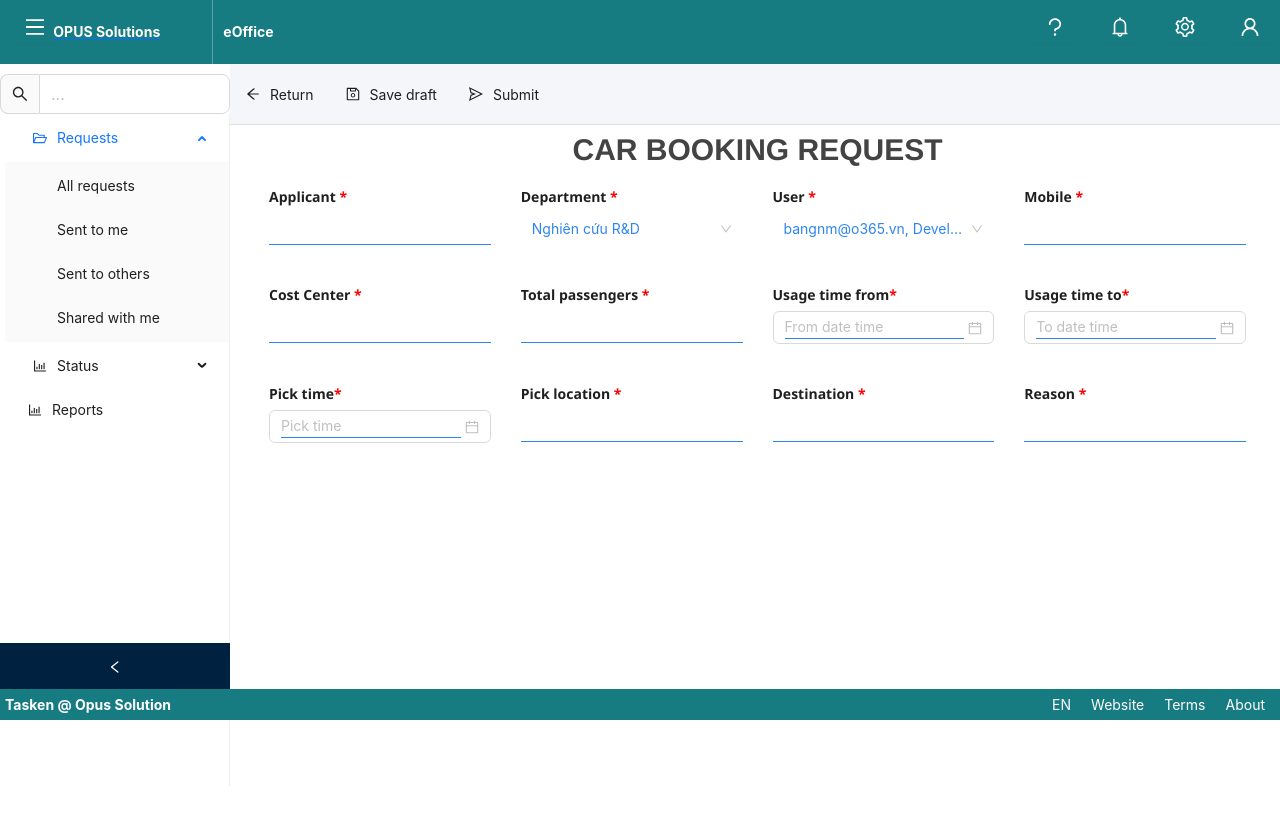
Repository: vannam272008/car-booking
Page: /request/addrequest
An editor plug-in stored every save of this project. The page is shown before and after the next save, followed by the edit.
The browser window is 1280 px wide. The pictures show the whole page.
The project was rebuilt for these pictures with package versions that can differ from the ones it lists, and the page was loaded fresh each time. Also part of the build but not shown: src/Components/DetailRequest/Comments/comment.css, src/Components/DetailRequest/Comments/comment.tsx, src/Components/DetailRequest/Menu/menu.tsx, src/Components/DetailRequest/Detail/detail.tsx, src/Pages/ManageRequest/index.css, src/Pages/ManageRequest/ManageRequest.tsx. Imported but missing from the stored project, and not drawn on this page: src/Pages/Home.

Above is the page before, as saved 2023-07-06 17:06:03.

### src/index.tsx
import React from 'react';
import ReactDOM from 'react-dom/client';
import './index.css';
import App from './App';
import reportWebVitals from './reportWebVitals';
import { BrowserRouter } from 'react-router-dom';
import { Provider } from 'react-redux';
import { configureStore } from '@reduxjs/toolkit';
import requestReducer from './Reducers/requestReducer';
import { store } from './Store/store';


const root = ReactDOM.createRoot(
  document.getElementById('root') as HTMLElement
);
root.render(
  <Provider store={store}>
    <React.StrictMode>
      <BrowserRouter>
        <App />
      </BrowserRouter>
    </React.StrictMode>
  </Provider>
);

// If you want to start measuring performance in your app, pass a function
// to log results (for example: reportWebVitals(console.log))
// or send to an analytics endpoint. Learn more: https://bit.ly/CRA-vitals
reportWebVitals();

### src/App.tsx
import { Route, Routes } from 'react-router-dom';
import './App.css';
import Home from './Pages/Home';
import DetailRequest from './Components/DetailRequest/Detail/detail';
import ManageRequest from './Pages/ManageRequest/ManageRequest';
import AddRequest from './Components/AddRequest/AddRequest';


function App() {
  return (
    <Routes>
      <Route path="/" element={<Home />} />
      <Route path="/request/carbooking" element={<ManageRequest />} />
      <Route path="/request/detail" element={<DetailRequest />} />
      <Route path='/request/addrequest' element={<AddRequest />} />
      {/* <Route path="/employee/create" element={<AddEmployee />} />
        <Route path="/department/create" element={<AddDepartment />} /> */}
    </Routes>
  );
}

export default App;

### src/Store/store.ts
import requestReducer from "../Reducers/requestReducer";
import { configureStore, createStore } from "@reduxjs/toolkit";


// export const store = configureStore({
//     reduder: {
//         request: requestReducer
//     }
// });

export const store = createStore(requestReducer);

### src/Reducers/requestReducer.ts
// interface RequestState {
//     requestList: string[]
// }

const initState = {
    requestList: [],
    success: true,
}

const requestReducer = (state = initState, action: { type: any; payload: any }) => {
    switch (action.type) {
        case 'SET_REQUEST_LIST':
            return {
                ...state,
                requestList: action.payload,
                success: false
            }
        default:
            return state
    }
}

export default requestReducer

### src/Components/RequestLayout/index.jsx
import React, { useState } from 'react';
import { LaptopOutlined, NotificationOutlined, UserOutlined } from '@ant-design/icons';
import { Layout, theme } from 'antd';
import AppHeader from '../../Components/AppHeader';
import AppSider from '../../Components/AppSider';
import AppFooter from '../../Components/AppFooter';

import "./RequestLayout.scss";

const { Content } = Layout;

const RequestLayout = ({ profile, children }) => {
    const {
        token: { colorBgContainer },
    } = theme.useToken();

    return (
        <div className='manage-request'>
            <AppHeader />
            <Content>
                <Layout style={{ padding: '24px 0', background: colorBgContainer }}>
                    <AppSider profile={profile} />
                    <Layout style={{ padding: '24px 0', background: colorBgContainer }}>
                        <Content style={{ padding: '0 24px', minHeight: 280 }}>
                            {children()}
                        </Content>
                    </Layout>
                </Layout>
            </Content>
            <AppFooter />
        </div>


    );
};

export default RequestLayout;

### src/Components/DetailRequest/Detail/detail.css
*{
    box-sizing: border-box;
  }
  .required {
    color: red;
  }
  .page-request{
    min-height: calc(100vh - 83px);
    transition: all 0.3s;
    background-color: #ffffff;
    font-family: "Helvetica Neue",Helvetica,Arial,sans-serif;
    font-size: 14px;
    line-height: 1.42857143;
    color: #333;
    background-color: #fff;
  }
  .page-content{
    margin-top: 85px;
    margin-right: -20px;
    padding-right: 15px;
  }
  .info-request > p{
    width: 100%;
    font-weight: 700;
  }

  /* .table-request > p{
    font-size: 1.1em;
    font-weight: 300;
    line-height: 1.7em;
    color: #130e0e;
    margin: 0 0 10px;
    display: block;
    margin-block-start: 1em;
    margin-block-end: 1em;
    margin-inline-start: 0px;
    margin-inline-end: 0px;
  } */

  .title-request{
    color: #434343;
    text-align: center;
    font-size: 30px;
    margin-top: 20px;
    margin-bottom: 20px;
    font-family: inherit;
    font-weight: 500;
    line-height: 1.1;
    font-weight: 700;

  }

  .table-content{
    font-family: "Segoe UI";
    font-size: 14px;
    line-height: 1.42857143;
  }

  /* .row1-request  {

  } */
  /* .row-request .Row .Col  {
    width: 100%;
  } */

  .col-request{
    margin-bottom: 15px;
    position: relative;
    min-height: 1px;
    padding-right: 15px;
    padding-left: 15px;
  }

  .col-request > label{
    display: inline-block;
    max-width: 100%;
    margin-bottom: 5px;
    font-weight: 700;
    cursor: default;
    font-family: "Segoe UI";
  }
  .attention-radio{
    margin-top: 30px;
    margin-bottom: 30px;
    font-family: "Segoe UI";
  }

  .attention-radio > p{
    font-size: 1.1em;
    font-weight: 300;
    line-height: 1.7em;
    color: #130e0e;
  }

  /* .Attachment > b{
    font-weight: 700;
  } */
  .approver{
    margin-bottom: 15px;
    position: relative;
    min-height: 1px;
    padding-right: 15px;
    padding-left: 15px;
  }

  .approvers > p{
    font-size: 1.1em;
    font-weight: 300;
    line-height: 1.7em;
    color: #130e0e;
    margin: 0 0 10px;
  }

  .approver > label{
    display: inline-block;
    max-width: 100%;
    margin-bottom: 5px;
    font-weight: 700;
    cursor: default;
  }

### src/Components/AddRequest/MenuAdd/index.tsx
import React from 'react';
import { Menu } from 'antd';
import {
    ArrowLeftOutlined,
    SaveOutlined,
    SendOutlined
} from '@ant-design/icons';
import './menuAdd.css'

function MenuAdd(): JSX.Element {
    return (
        <div>
            <Menu mode="horizontal" className='fixed-menu '>
                <Menu.Item key="return" icon={<ArrowLeftOutlined />}>
                    Return
                </Menu.Item>
                <Menu.Item key="savedraft" icon={<SaveOutlined />}>
                    Save draft
                </Menu.Item>
                <Menu.Item key="submit" icon={<SendOutlined />}>
                    Submit
                </Menu.Item>
            </Menu>
        </div>
    );
}

export default MenuAdd;

### src/Components/AddRequest/AddRequest/addRequest.css
.row-request .col-request Input{
    border: none;
    border-radius: 0;
    border-bottom: 1px solid #2F85EF;
    color: #2F85EF;
    box-shadow: none;
}

.ant-form-item-control-input-content .ant-select .ant-select-selector {
    border: none;
    border-radius: 0;
    border-bottom: 1px solid #2F85EF;
    color: #2F85EF;
    box-shadow: none; border: none;
}
/* .select-add-request .ant-select-selector {
    color: #2F85EF;
    border: none;
} */

### src/Components/DetailRequest/Menu/menu.css
.fixed-menu {
    position: fixed;
    top: 64px;
    width: 100%;
    z-index: 999;
    border-bottom: 1px solid #e1e1e1;
    border-top-left-radius: 0;
    background-color: rgb(245,246,250);
    min-height: 61px;
    display: flex;
    align-items: center;
    flex-wrap: wrap;
    margin-left: -24px;
}

.fixed-menu .Menu.Item {
    white-space: nowrap;
    margin: 0 10px;
    color: #8894A1;
    font-weight: 500;
    text-decoration: none;
    outline: none;
    transition: all 0.3s;
    cursor: pointer;
    background-color: transparent;
}

### src/Components/AppSider/index.tsx
import React, { useState } from 'react';
import type { MenuProps } from 'antd';
import { Layout, Menu, theme, Space } from 'antd';
import { Input } from 'antd';

import { FolderOpenOutlined, BarChartOutlined, SearchOutlined, SettingOutlined } from '@ant-design/icons';
import "./AppSider.scss";



const { Sider } = Layout;

type MenuItem = Required<MenuProps>['items'][number];

function getItem(
    label: React.ReactNode,
    key: React.Key,
    icon?: React.ReactNode,
    children?: MenuItem[],
    type?: 'group',
): MenuItem {
    return {
        key,
        icon,
        children,
        label,
        type,
    } as MenuItem;
}



const AppSider = (props: any) => {

    const items: MenuProps['items'] = [
        getItem('Requests', 'requests', <FolderOpenOutlined />, [
            getItem('All requests', 'all-request'),
            getItem('Sent to me', 'sent-to-me'),
            getItem('Sent to others', 'sent-to-others'),
            getItem('Shared with me', 'shared-with-me'),
        ]),

        getItem('Status', 'status', <BarChartOutlined />, [
            getItem('Draft', 'draft'),
            getItem('Approving', 'approving'),
            getItem('Approved', 'approved'),
            getItem('Rejected', 'rejected'),
        ]),

        getItem('Reports', 'reports', <BarChartOutlined />),

    ];

    const profileItems: MenuProps['items'] = [

        getItem('Setting', 'setting', <SettingOutlined />),

    ];

    const [openItem, setOpenItem] = useState('requests');

    const handleClick: MenuProps['onClick'] = (e) => {
        console.log('click ', e);
    };
    const [collapsed, setCollapsed] = useState(false);
    const {
        token: { colorBgContainer },
    } = theme.useToken();
    return (
        <Sider collapsible collapsed={collapsed} onCollapse={(value) => setCollapsed(value)} style={{ background: colorBgContainer }} width={230}>
            <Space.Compact size="large">
                <Input addonBefore={<SearchOutlined />} placeholder="..." />
            </Space.Compact>
            <Menu
                mode="inline"
                defaultSelectedKeys={[openItem]}
                defaultOpenKeys={['requests']}
                openKeys={[openItem]}
                style={{ height: '100%' }}
                items={props.profile ? profileItems : items}
                onClick={handleClick}
                onOpenChange={(openKey) => {
                    setOpenItem(openKey[1])
                }}
            />
        </Sider>


    )
}

export default AppSider;

### src/Components/AppFooter/index.tsx
import { Layout } from 'antd';
import "./AppFooter.scss";

const { Footer } = Layout

const AppFooter = () => {
    return (
        <Footer className='mcs-footer'>
            <div>
                <span className='footer-left'><b>Tasken @ Opus Solution</b></span>
                <div className='footer-right'>
                    <span>EN</span>
                    <span>Website</span>
                    <span>Terms</span>
                    <span>About</span>
                </div>
            </div>

        </Footer>)
}

export default AppFooter;

### src/Components/AppHeader/AppHeader.scss
.mcs-header {
    position: fixed;
    z-index: 1001;
    align-items: center;
    background-color: #167c82;
    width: 100%;
    padding-inline: 0;

    & .row-header {
        align-items: center;

        & .btn-menu {
            border: none;
            background-color: #167c82;
            color: white;
            font-size: 20px;
            margin-left: 10px;
        }
    }

    & .col-logo {
        width: 100%;
        border-right: 1px solid rgba(255, 255, 255, 0.3);


        & p {
            width: 100%;
            color: white;
            display: contents;
        }
    }

    & .col-label {
        padding-left: 10px;
        width: 100%;


        & p {
            width: 100%;
            color: white;
            display: contents;
        }
    }

    & .col-function {
        & .group-btn {
            float: right;

            & .btn-item {
                font-size: 20px;
                margin-left: 5px;
                margin-right: 5px;
                border: none;
                background-color: #167c82;
                color: white;

                margin-left: 10px;
            }

        }
    }







}

.ant-dropdown {

    & .dropdown-help {
        display: block;
        right: 0;
        top: 50px;
        width: 320px;
        height: calc(100vh - 84px);
        background-color: #fff;
        border: 1px solid #c8c8c8;

        & .title-dropdown {
            border-bottom: 1px solid #ddd;
            padding-bottom: 5px;
            padding-top: 5px;

            & span {
                margin-left: 10px;
                font-size: 25px;
            }

            & .btn-close {
                font-size: 20px;
                margin-left: 5px;
                margin-right: 5px;
                border: none;
                background-color: white;
                color: black;
                float: right;
            }
        }

        & .content-dropdown {
            display: block;
            margin-top: 10px;




            & .account-info {
                & img {
                    margin-left: 10px;
                    float: left;
                    width: 64px;
                    height: 64px;
                }

                & .info-name {
                    margin-left: 10px;
                    float: left;
                    font-size: 20px;
                }

                & .info-email {
                    margin-left: 10px;
                    font-style: italic;
                }
            }

            .content-info {
                border-top: 1px solid #ddd;
                margin-top: 20px;

                & span {
                    font-size: 20px;
                    margin-left: 10px;
                }

                & p {
                    color: #4BA747;
                    margin-left: 25px;
                }
            }

            & span {
                font-size: 20px;
                margin-left: 10px;
            }

            & p {
                color: #4BA747;
                margin-left: 25px;
            }


        }




    }
}

// .logo {
//     width: 200px;
//     height: 100px;
// }

// .header {
//     background-color: #fff;
//     height: 100px;
//     line-height: 100px;
//     padding: 0;
// }

// .header-name {
//     font-family: 'Segoe UI';
//     font-size: 16px;
//     font-weight: 700;
//     color: #0273bb;
// }

// .header-homepage {
//     font-family: 'Segoe UI';
//     font-size: 16px;
//     font-weight: 700;
//     color: #0273bb;
//     float: right;
//     padding-right: 50px;
//     position: relative;
//     top: -100px;
// }

// .logo-name {
//     display: flex;
// }


/* Extra small devices (phones, 600px and down) */
@media only screen and (max-width: 600px) {
    .header-homepage {
        display: none;
    }

    .header-name {
        font-size: 10px;
    }
}

/* Small devices (portrait tablets and large phones, 600px and up) */
@media only screen and (min-width: 600px) {}

/* Medium devices (landscape tablets, 768px and up) */
@media only screen and (min-width: 768px) {}

/* Large devices (laptops/desktops, 992px and up) */
@media only screen and (min-width: 992px) {}

/* Extra large devices (large laptops and desktops, 1200px and up) */
@media only screen and (min-width: 1240px) {}

### src/Components/AppSider/AppSider.scss
.ant-layout {
        & li {
                padding-left: 5px;
        }

        & .ant-layout-sider {
                position: sticky;
                left: 0;
                margin-top: 50px;



        }

        & .ant-layout-sider-children {}

        & .ant-layout-sider-trigger {
                margin-bottom: 29px;
        }
}

### src/Components/AppFooter/AppFooter.scss
.mcs-footer {
    background-color: #167c82;
    color: #fff;
    position: fixed;
    width: 100%;
    bottom: 0;
    padding: 5px;

    & .footer-left {
        float: left;
    }

    & .footer-right {
        float: right;

        & span {
            padding-left: 10px;
            padding-right: 10px;
        }
    }
}

Loaded but not shown: public/index.html (common file); src/index.css (common file); src/reportWebVitals.ts (common file); src/App.css (common file); src/Components/AddRequest/AddRequest/index.tsx (186 lines, source omitted); src/Components/AppHeader/index.tsx (200 lines, source omitted); src/Components/AddRequest/MenuAdd/menuAdd.css (no stored copy; drawn as an empty file); src/Components/RequestLayout/RequestLayout.scss (no stored copy; drawn as an empty file)

After the next save:
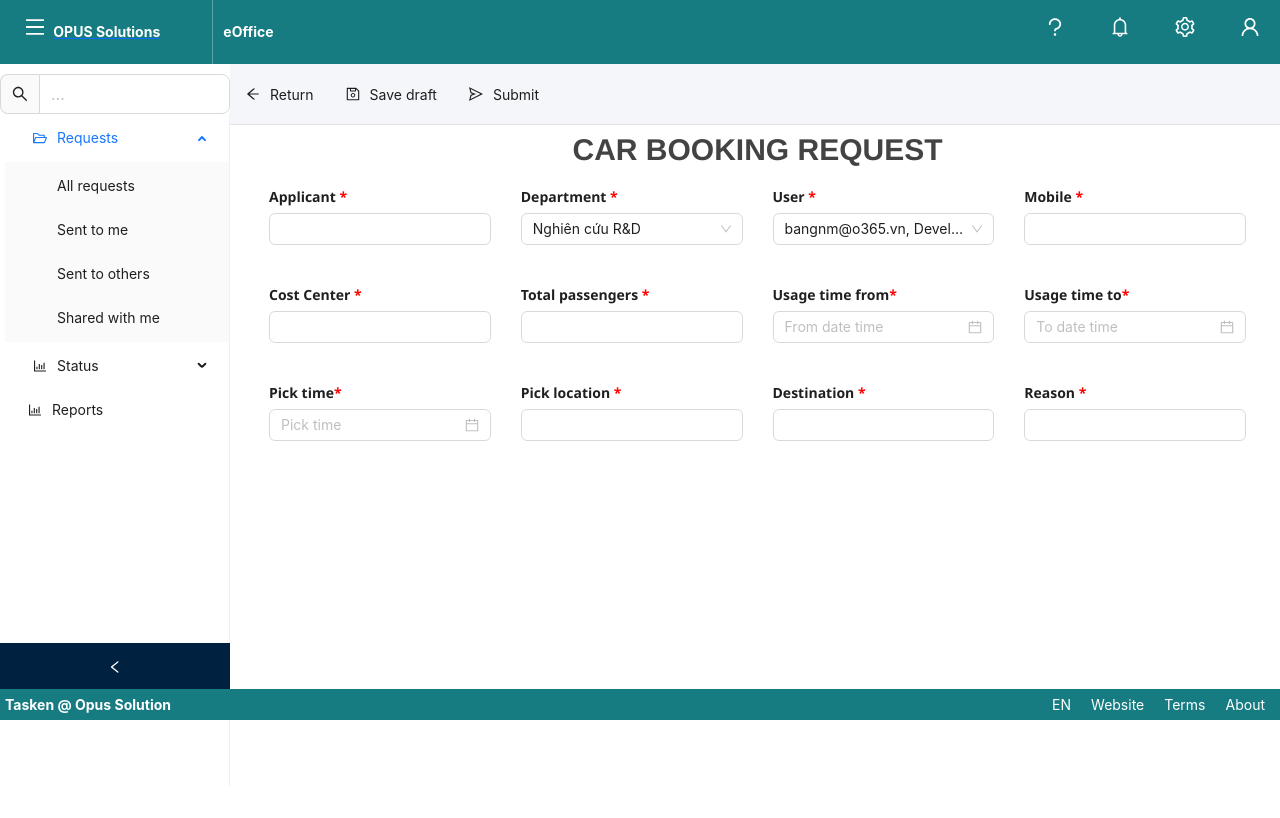
Saved 54 s later.
--- a/src/Components/AddRequest/AddRequest/addRequest.css
+++ b/src/Components/AddRequest/AddRequest/addRequest.css
@@ -1,4 +1,4 @@
-.row-request .col-request Input{
+/* .row-request .col-request Input{
     border: none;
     border-radius: 0;
     border-bottom: 1px solid #2F85EF;
@@ -12,7 +12,7 @@
     border-bottom: 1px solid #2F85EF;
     color: #2F85EF;
     box-shadow: none; border: none;
-}
+} */
 /* .select-add-request .ant-select-selector {
     color: #2F85EF;
     border: none;
